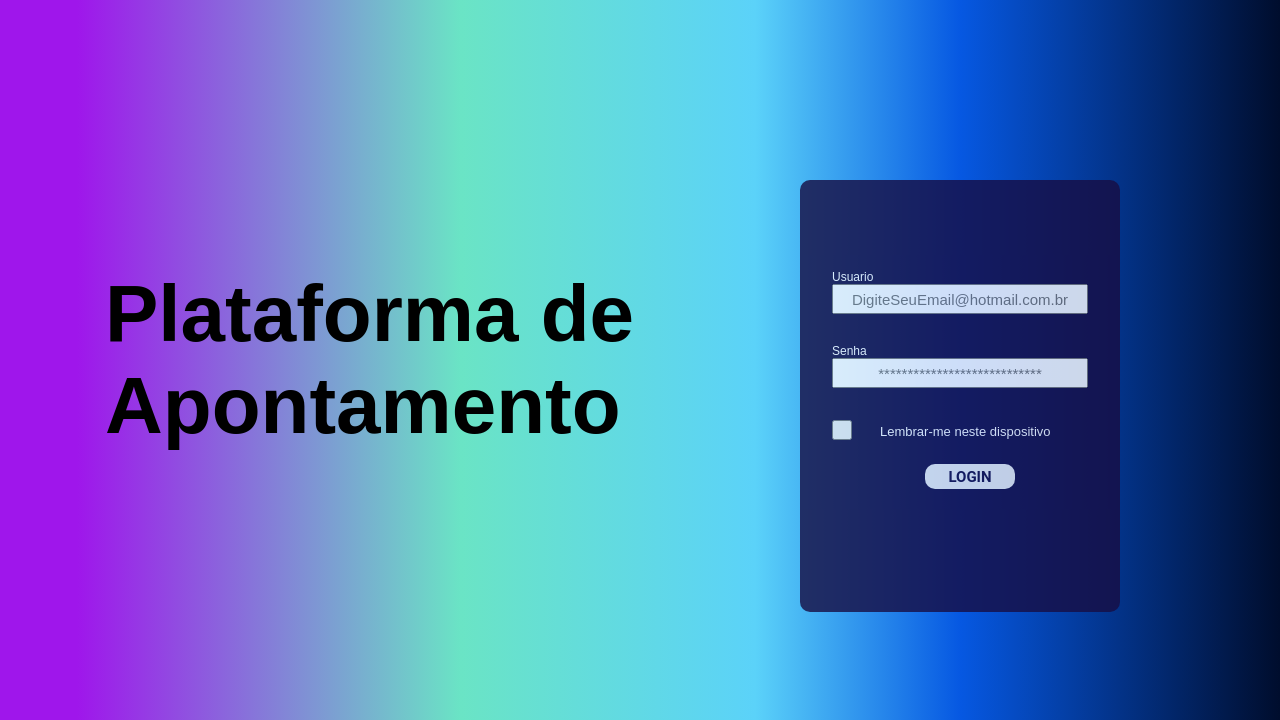
Repository: KevynMarques/Estudos-Reactjs-Firebase
Page: /
These files come from the project's save history. The page is drawn as it stood at one moment and after the next save; the edit follows.
The browser window is 1280 px wide. The pictures show the whole page.
The page's requests for data from a server got no answer. The project was rebuilt for these pictures with package versions that can differ from the ones it lists, and the page was loaded fresh each time. No one was signed in, and anything a server would have sent is missing. Also part of the build but not shown: src/Pages/Page2.jsx.

Above is the page before, as saved 2022-08-23 14:55:10.

After the next save:
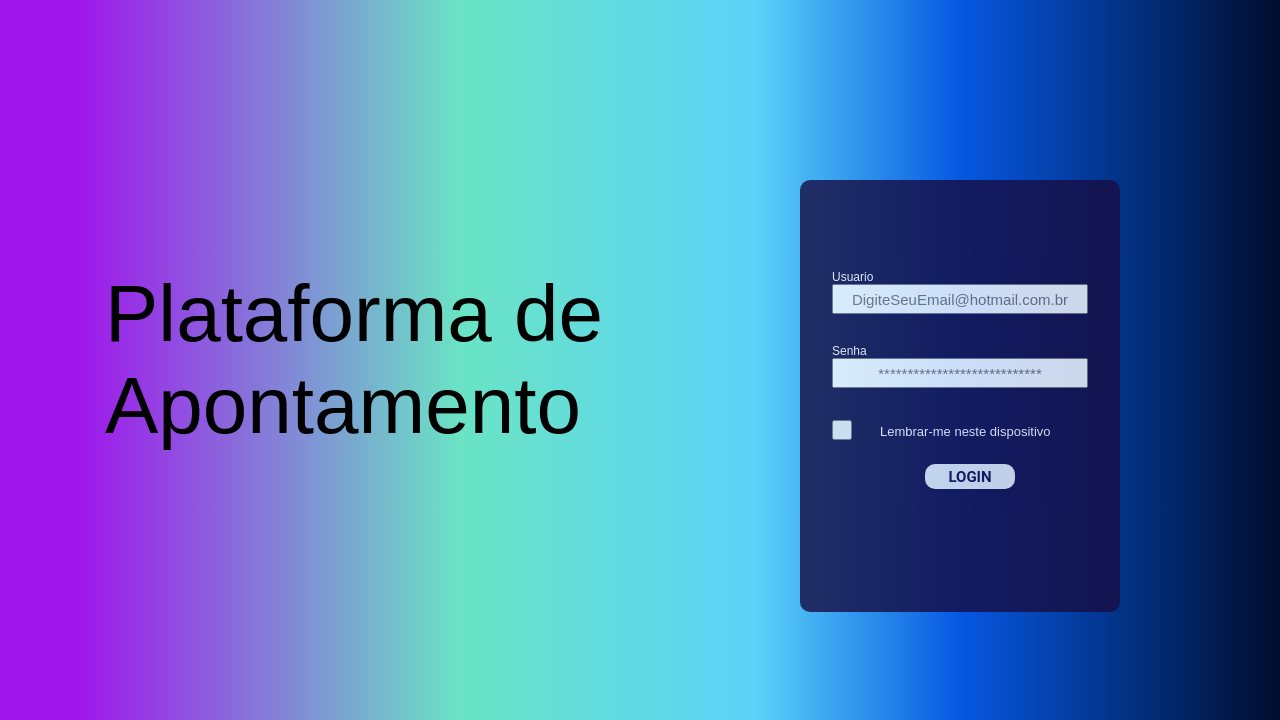
Saved 5 s later.
--- a/src/Components/Login/style.jsx
+++ b/src/Components/Login/style.jsx
@@ -10,7 +10,7 @@ height: 100vh;
 `;
 
 
-export const TextTittle = styled.h1`
+export const TextTittle = styled.p`
 position: absolute;
 margin-left: -25vw;
 font-family: Arial, Helvetica, sans-serif;
